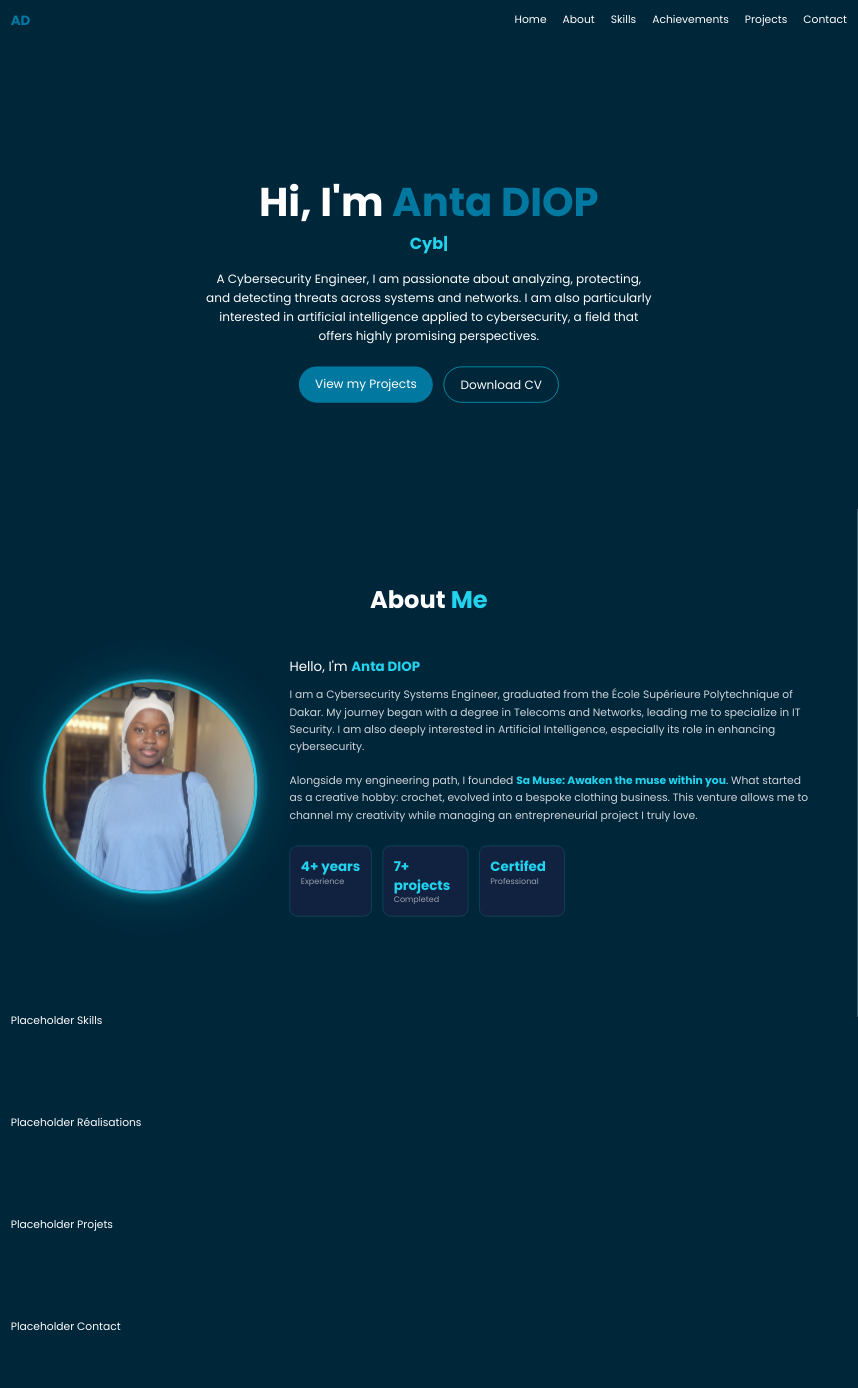
Repository: AntaaaKD/Mon-Portfolio
Page: /
These files come from the project's save history. The page is drawn as it stood at one moment and after a run of saves; the edit follows.
The browser window is 1280 px wide. The pictures show the whole page, at 67% of full size.
The project was rebuilt for these pictures with package versions that can differ from the ones it lists, and the page was loaded fresh each time.

Above is the page before, as saved 2026-01-14 23:06:33.

After the next 6 saves:
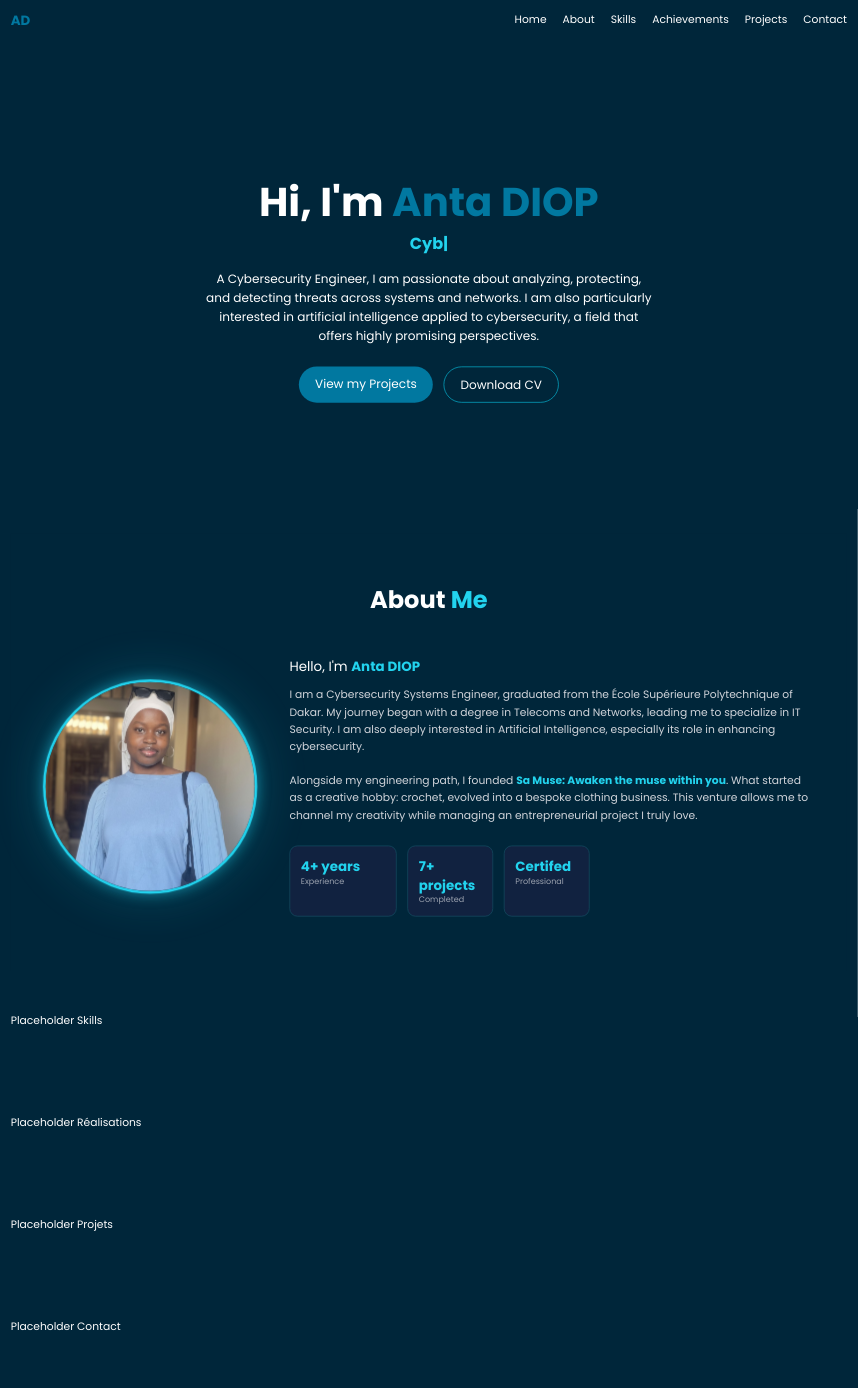
The 6 saves are shown as one change because they came seconds apart.
The last was saved 13 s later.
--- a/src/components/About.jsx
+++ b/src/components/About.jsx
@@ -40,7 +40,7 @@ const About = () => {
 
             {/* Cartes de statistiques (comme sur le modèle) */}
             <div className="flex flex-wrap justify-center md:justify-start gap-4">
-              <div className="bg-[#112240] p-4 rounded-xl border border-cyan-900 w-">
+              <div className="bg-[#112240] p-4 rounded-xl border border-cyan-900 w-40">
                 <p className="text-cyan-400 font-bold text-xl">4+ years</p>
                 <p className="text-xs text-gray-400">Experience</p>
               </div>
